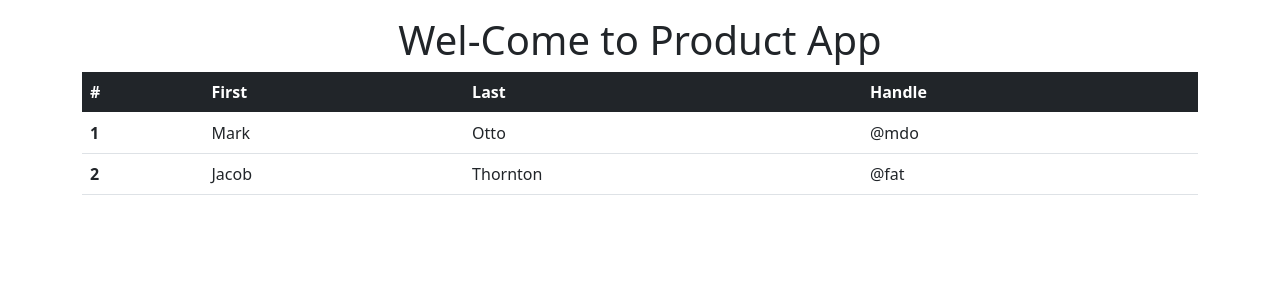
Repository: Hits-95/Spring
Page: http://localhost/Product/WEB-INF/views/index.jsp
The author's editor kept a copy of each file at every save. The page is drawn from the files as they stood at one save, then again after the next save.
The browser window is 1280 px wide. The pictures show the whole page.
The page is served by Tomcat 9. Nobody is signed in. Other server files are loaded and not shown. The template is opened directly, without the code that normally fills it, so the values that code supplies are empty.

Above is the page before, as saved 2021-04-14 04:13:16.

### Product/src/main/webapp/WEB-INF/views/index.jsp
<%@ page language="java" contentType="text/html; charset=ISO-8859-1"
	pageEncoding="ISO-8859-1"%>
<%@include file="links.jsp"%>
<%@ taglib prefix="c" uri="http://java.sun.com/jsp/jstl/core"%>
<!DOCTYPE html PUBLIC "-//W3C//DTD HTML 4.01 Transitional//EN" "http://www.w3.org/TR/html4/loose.dtd">
<html>
<head>
<meta http-equiv="Content-Type" content="text/html; charset=ISO-8859-1">

</head>
<body>
	<div class="container mt-3">
		<div class="row">
			<div class="col-md-12">
				<h1 class="text-center">Wel-Come to Product App</h1>
				<table class="table ">
					<thead>
						<tr class="table-dark">
							<th scope="col">#</th>
							<th scope="col">First</th>
							<th scope="col">Last</th>
							<th scope="col">Handle</th>
						</tr>
					</thead>
					<tbody>
						<tr>
							<th scope="row">1</th>
							<td>Mark</td>
							<td>Otto</td>
							<td>@mdo</td>
						</tr>
						<tr>
							<th scope="row">2</th>
							<td>Jacob</td>
							<td>Thornton</td>
							<td>@fat</td>
						</tr>

					</tbody>
				</table>
			</div>
			<div class = "containeer">
				<a href="add-product"></a>
			</div>
		</div>
	</div>
</body>
</html>

### Product/src/main/webapp/WEB-INF/views/links.jsp
<%@page isELIgnored="false"%>
<%@ taglib prefix="c" uri="http://java.sun.com/jsp/jstl/core"%>

<!doctype html>
<html lang="en">
<head>
<!-- Required meta tags -->
<meta charset="utf-8">
<meta name="viewport" content="width=device-width, initial-scale=1">

<!-- Bootstrap CSS -->
<link
	href="https://cdn.jsdelivr.net/npm/bootstrap@5.0.0-beta3/dist/css/bootstrap.min.css"
	rel="stylesheet"
	integrity="sha384-eOJMYsd53ii+scO/bJGFsiCZc+5NDVN2yr8+0RDqr0Ql0h+rP48ckxlpbzKgwra6"
	crossorigin="anonymous">

<title><c:out value="${title }">Product-App</c:out></title>
</head>
<body>


	<!-- Optional JavaScript; choose one of the two! -->

	<!-- Option 1: Bootstrap Bundle with Popper -->
	<script
		src="https://cdn.jsdelivr.net/npm/bootstrap@5.0.0-beta3/dist/js/bootstrap.bundle.min.js"
		integrity="sha384-JEW9xMcG8R+pH31jmWH6WWP0WintQrMb4s7ZOdauHnUtxwoG2vI5DkLtS3qm9Ekf"
		crossorigin="anonymous"></script>

	<!-- Option 2: Separate Popper and Bootstrap JS -->
	<!--
    <script src="https://cdn.jsdelivr.net/npm/@popperjs/core@2.9.1/dist/umd/popper.min.js" integrity="sha384-SR1sx49pcuLnqZUnnPwx6FCym0wLsk5JZuNx2bPPENzswTNFaQU1RDvt3wT4gWFG" crossorigin="anonymous"></script>
    <script src="https://cdn.jsdelivr.net/npm/bootstrap@5.0.0-beta3/dist/js/bootstrap.min.js" integrity="sha384-j0CNLUeiqtyaRmlzUHCPZ+Gy5fQu0dQ6eZ/xAww941Ai1SxSY+0EQqNXNE6DZiVc" crossorigin="anonymous"></script>
    -->
</body>
</html>

After the next save:
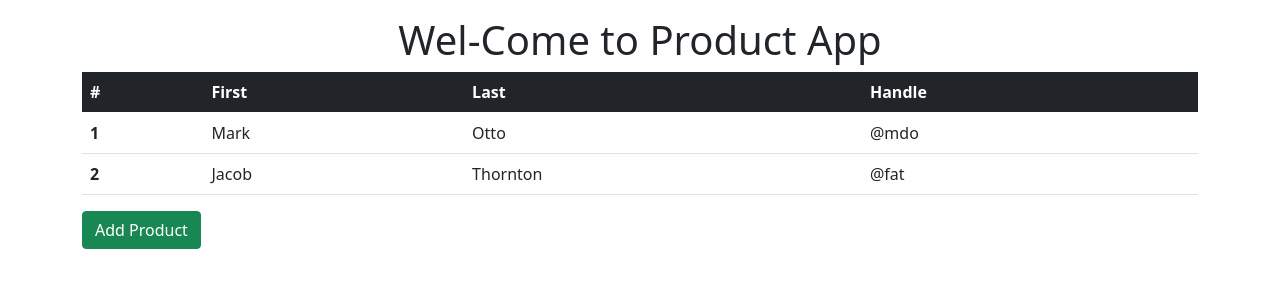
Saved 28 s later.
--- a/Product/src/main/webapp/WEB-INF/views/index.jsp
+++ b/Product/src/main/webapp/WEB-INF/views/index.jsp
@@ -40,7 +40,7 @@
 				</table>
 			</div>
 			<div class = "containeer">
-				<a href="add-product"></a>
+				<a href="add-product" class = "btn btn-success"> Add Product</a>
 			</div>
 		</div>
 	</div>
